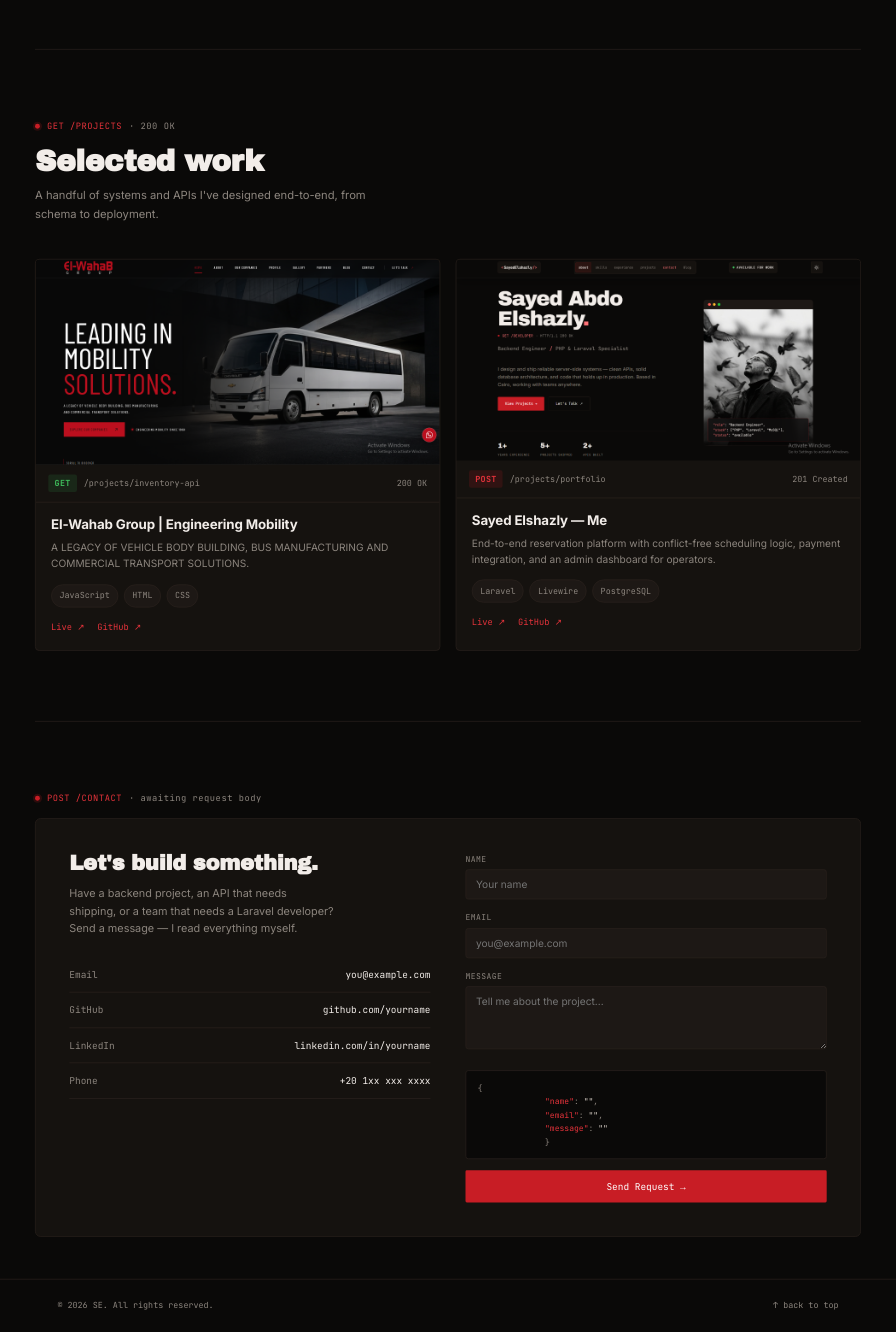
Repository: sayedelshazly/Portfolio.SE
Page: index.html
The author's editor kept a copy of each file at every save. The page is drawn from the files as they stood at one save, then again after the next save.
The browser window is 1280 px wide. The pictures show the part of the page from y = 2717 to 4637 px (the page is 4620 px tall before and 4637 px after), at 70% of full size.

Above is the page before, as saved 2026-10-13 02:15:14.

After the next save:
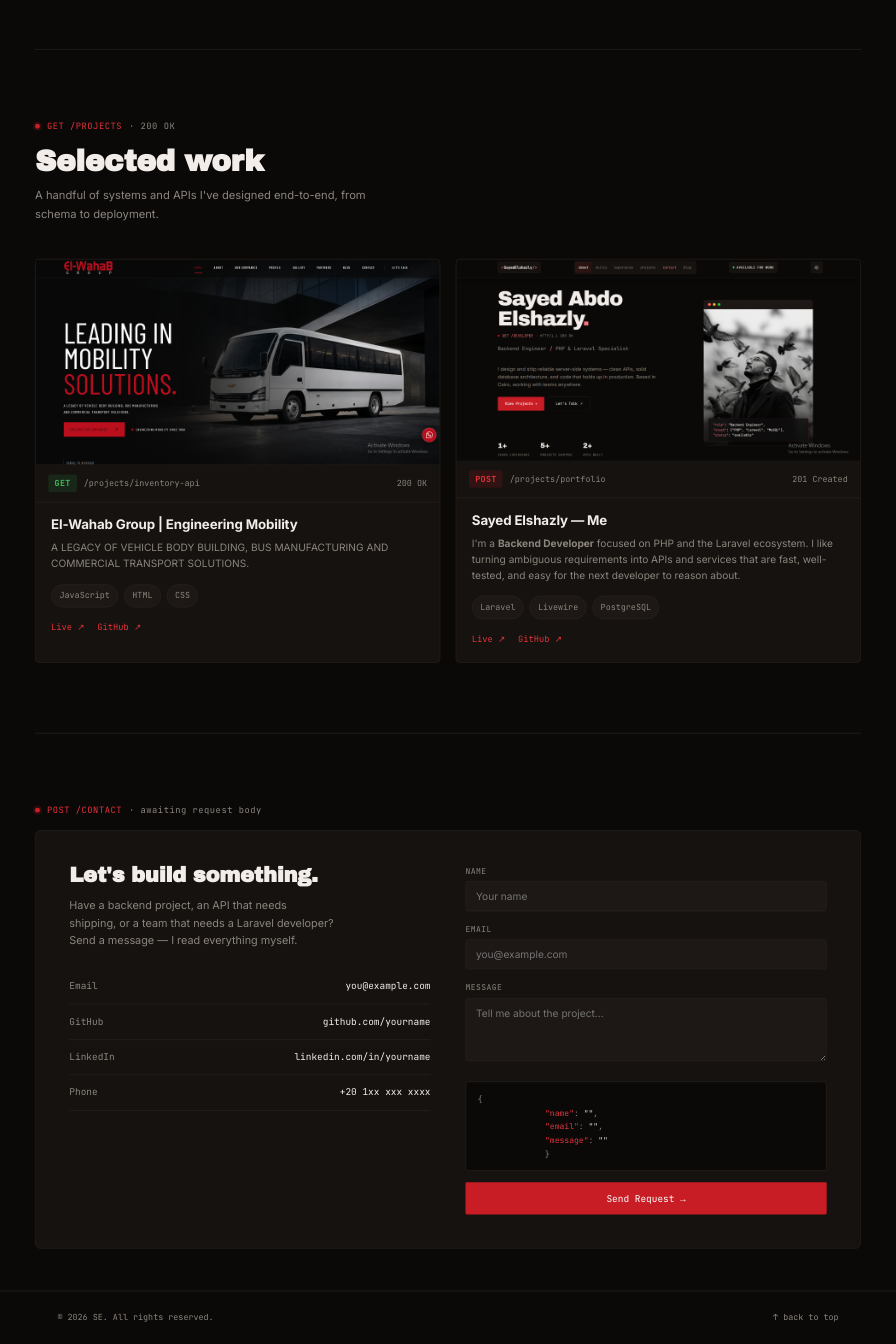
Saved 48 s later.
--- a/index.html
+++ b/index.html
@@ -254,8 +254,9 @@
           </div>
           <div class="pc-body">
             <h3>Sayed Elshazly — Me</h3>
-            <p>End-to-end reservation platform with conflict-free scheduling logic, payment
-              integration, and an admin dashboard for operators.</p>
+            <p>I'm a <b>Backend Developer</b> focused on PHP and the Laravel ecosystem. I like
+            turning ambiguous requirements into APIs and services that are fast, well-tested,
+            and easy for the next developer to reason about.</p>
             <div class="tag-row" style="margin-bottom:18px;">
               <span class="tag">Laravel</span><span class="tag">Livewire</span><span class="tag">PostgreSQL</span>
             </div>
